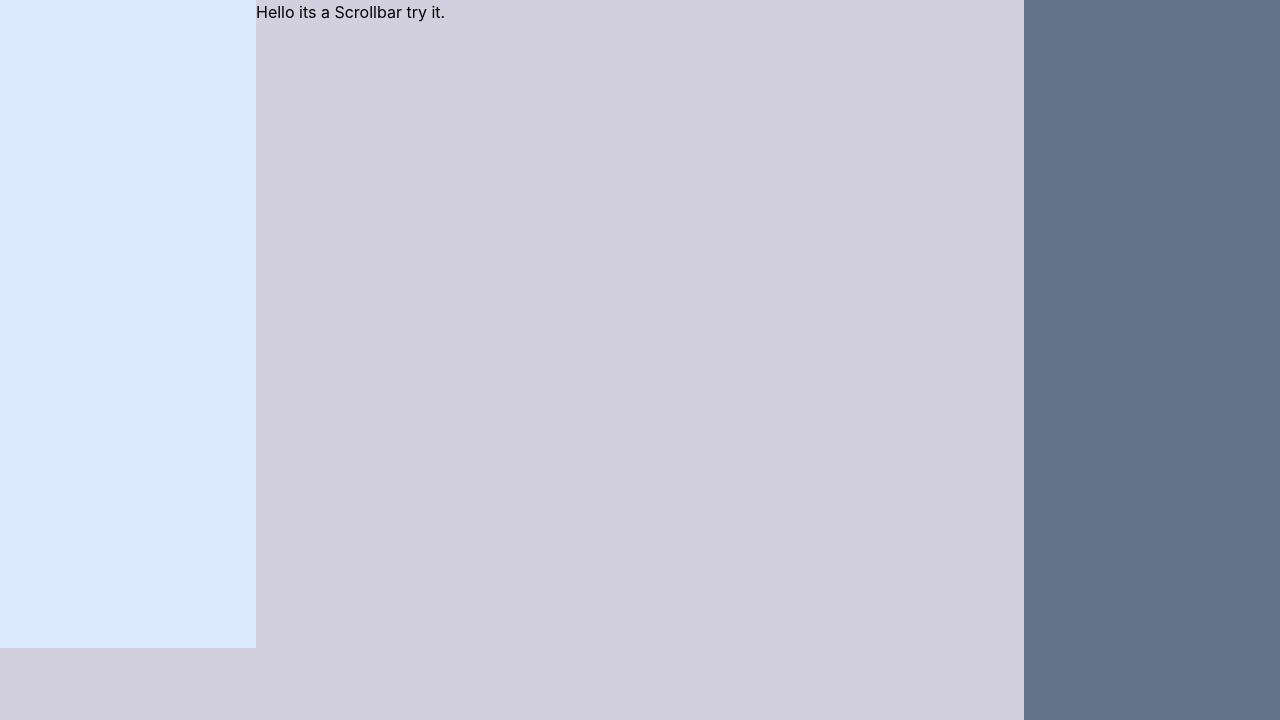
Repository: cosmicswati/upgrad-captions-project
Page: /account/signup
An editor plug-in stored every save of this project. The page is shown before and after the next save, followed by the edit.
The browser window is 1280 px wide. The pictures show the whole page.
An inner scrolling area shows only its first screen. The project was rebuilt for these pictures with package versions that can differ from the ones it lists, and the page was loaded fresh each time. Also part of the build but not shown: src/components/Input/index.js, src/components/Button/index.js, src/modules/Authorization/Form.jsx, src/modules/Authorization/index.js.

Above is the page before, as saved 2024-04-09 13:16:07.

After the next save:
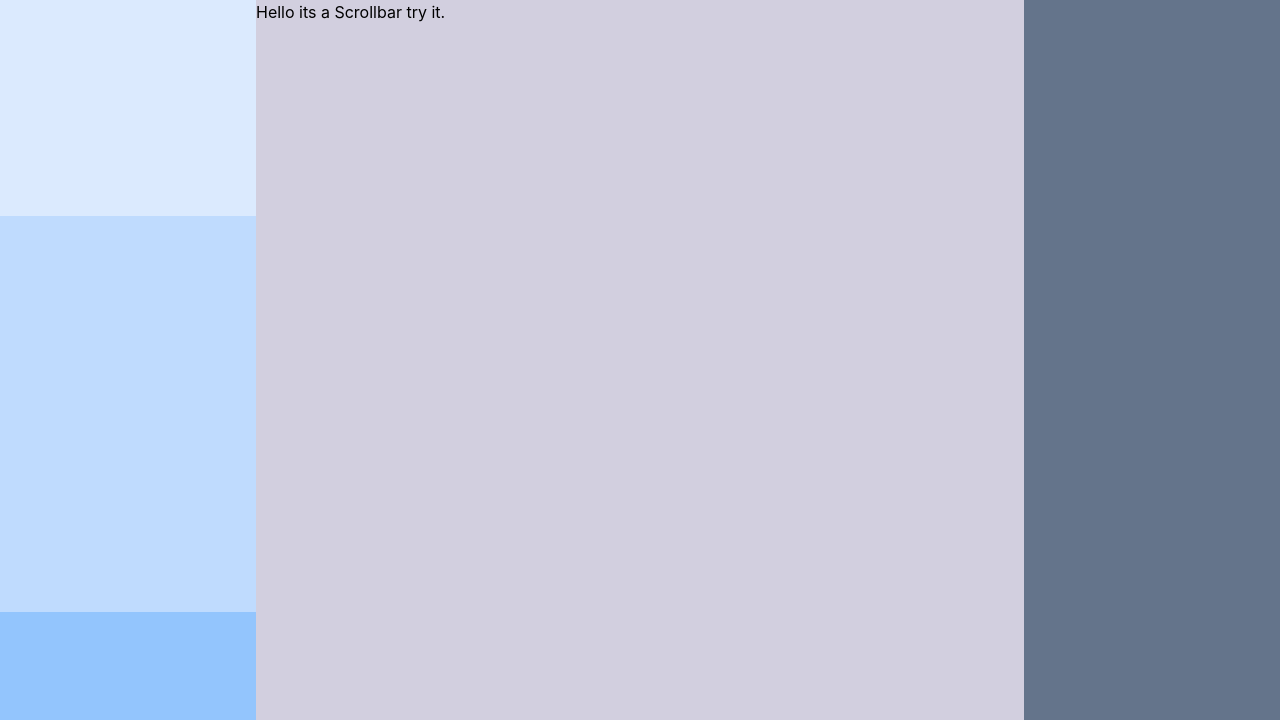
Saved 42 s later.
--- a/src/modules/Home/index.js
+++ b/src/modules/Home/index.js
@@ -5,8 +5,8 @@ const Home = () => {
     <div className='h-screen bg-[#d2cfdf] flex overflow-hidden'>
         <div className='w-[20%] flex flex-col'>
             <div className='h-[30%] bg-blue-100'></div>
-            <div className='h-[30%] bg-blue-100'></div>
-            <div className='h-[30%] bg-blue-100'></div>
+            <div className='h-[55%] bg-blue-200'></div>
+            <div className='h-[15%] bg-blue-300'></div>
         </div>
         <div className='w-[60%] overflow-scroll h-full scrollbar-hide'>
             <div className='h-[1500px]'>Hello its a Scrollbar try it.</div>
